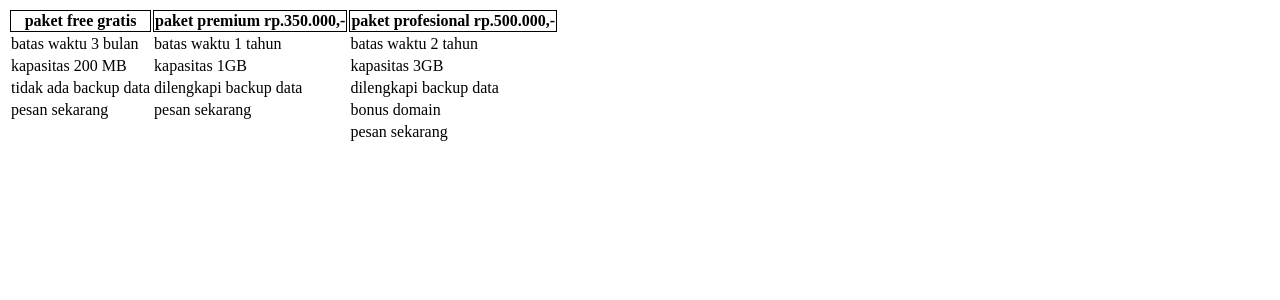
Repository: AHSANS354/tugas-sib5
Page: tugas css/index.html
These files come from the project's save history. The page is drawn as it stood at one moment and after the next save; the edit follows.
The browser window is 1280 px wide. The pictures show the whole page.

Above is the page before, as saved 2023-08-29 12:53:27.

### tugas css/index.html
<!DOCTYPE html>
<html lang="en">
  <head>
    <meta charset="UTF-8" />
    <meta name="viewport" content="width=device-width, initial-scale=1.0" />
    <title>Tugas css eksternal</title>
    <link rel="stylesheet" href="style.css" />
  </head>
  <body>
    <table>
      <tr class="header">
        <th>paket free gratis</th>
        <th>paket premium rp.350.000,-</th>
        <th>paket profesional rp.500.000,-</th>
      </tr>
      <tr>
        <td>batas waktu 3 bulan</td>
        <td>batas waktu 1 tahun</td>
        <td>batas waktu 2 tahun</td>
      </tr>
      <tr>
        <td>kapasitas 200 MB</td>
        <td>kapasitas 1GB</td>
        <td>kapasitas 3GB</td>
      </tr>
      <tr>
        <td>tidak ada backup data</td>
        <td>dilengkapi backup data</td>
        <td>dilengkapi backup data</td>
      </tr>
      <tr>
        <td>pesan sekarang</td>
        <td>pesan sekarang</td>
        <td>bonus domain</td>
      </tr>
      <tr>
        <td colspan="2"></td>
        <td>pesan sekarang</td>
      </tr>
    </table>
  </body>
</html>

### tugas css/style.css
.header th {
  border: 1px solid #000;
}

After the next save:
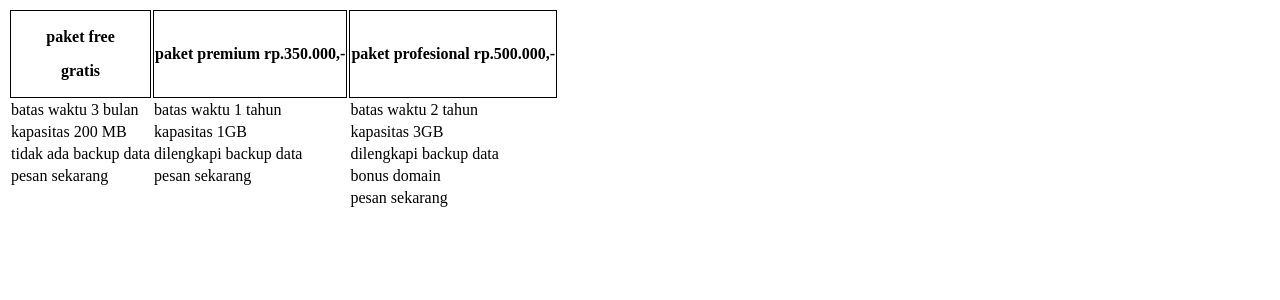
Saved 62 s later.
--- a/tugas css/index.html
+++ b/tugas css/index.html
@@ -9,7 +9,10 @@
   <body>
     <table>
       <tr class="header">
-        <th>paket free gratis</th>
+        <th>
+          <p>paket free</p>
+          <p>gratis</p>
+        </th>
         <th>paket premium rp.350.000,-</th>
         <th>paket profesional rp.500.000,-</th>
       </tr>
